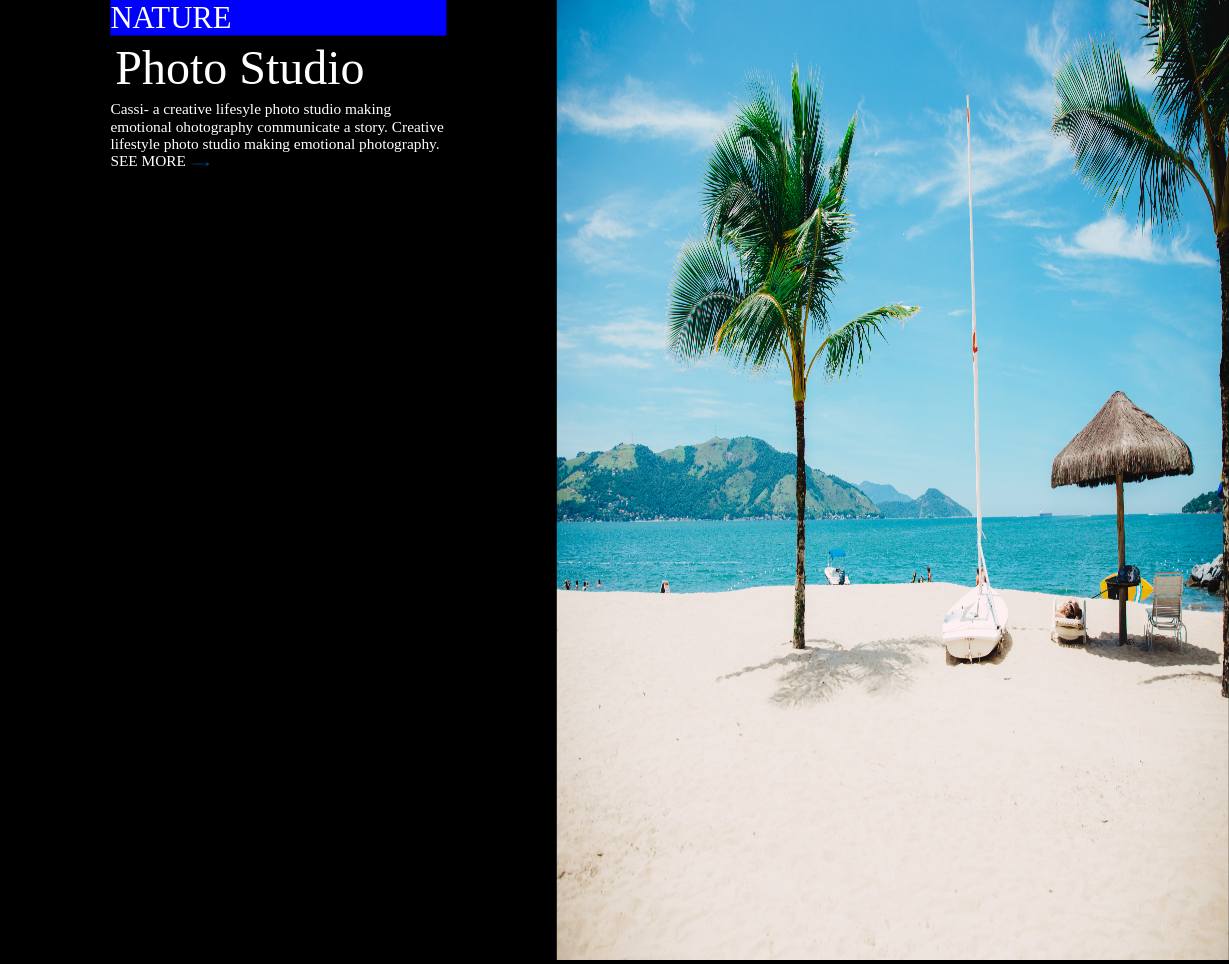
Repository: BRAspeaks/petty-project1
Page: petty project 1.html
These files come from the project's save history. The page is drawn as it stood at one moment and after the next save; the edit follows.
The browser window is 1280 px wide. The pictures show the whole page, at 96% of full size.

Above is the page before, as saved 2022-07-25 15:15:52.

### petty project 1.html
<!DOCTYPE html>
<html lang="en">
    <head>
        <meta charset="UTF-8">
        <meta http-equiv="X-UA-Compatible" content="IE=edge">
        <meta name="viewport" content="width=device-width, initial-scale=1.0">
        <title> Photo Studio</title>
        <link rel="stylesheet" href="pettyproject1.css">
    </head>
    <body>
        <div class="main">
            <p class="Nature"> NATURE</p>
            <p class="photo">Photo Studio</p>
            <p class="bodice">Cassi- a creative lifesyle photo studio making emotional ohotography communicate a story. Creative lifestyle photo studio making emotional photography.</p>
            <p class="more">SEE MORE </p>
            <img src="bluearrow.png" class="arrow">
        </div>
        <div class="image">
            <img src="beach.jpg" class="beach" >
        </div>
    </body>
</html>

### pettyproject1.css
* {
    margin: 0;
    padding: 0;
    box-sizing: border-box;
}
body{
    background-color: black;
    color: white;
    display: grid;
    grid-template-columns: 1fr 1fr;
    justify-items: center;
    justify-content: space-between;
}
.main{
    text-align: left;
    width: 350px;
    /* margin-top: 50%;
    margin-bottom: 50%; */
    margin-left: 5%;
    margin-right: 5%;
}
.Nature{
    background-color: blue;
    /* width:70px; */
    font-size: 2rem;
}
.photo{
    font-size: 50px;
    margin: 5px;
}
.arrow{
    width:20px;
}
.more, .arrow {
    display: inline-block
}
.main, .image{
    /* display:inline-block; */
}
.image{
    /* text-align: right;    */
}
.beach{
    width: 700px;
    height: 1000px;
    /* margin-bottom: -500px; */
}

After the next save:
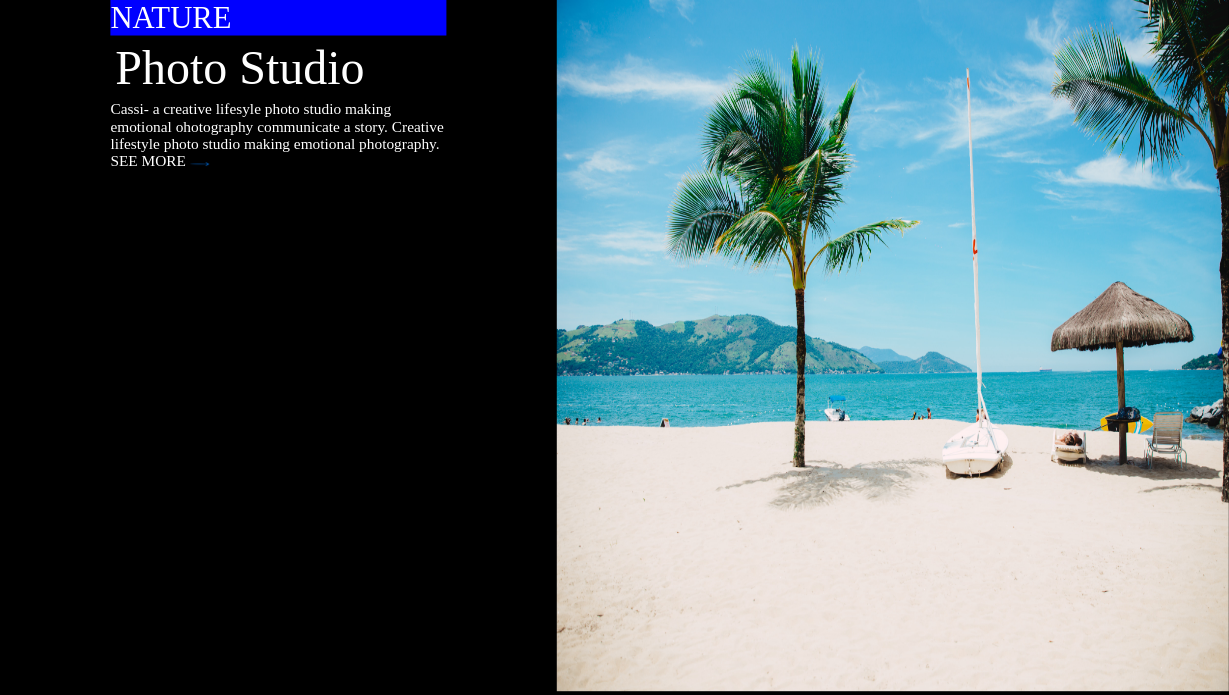
Saved 27 s later.
--- a/pettyproject1.css
+++ b/pettyproject1.css
@@ -42,6 +42,6 @@ body{
 }
 .beach{
     width: 700px;
-    height: 1000px;
+    height: 100vh;
     /* margin-bottom: -500px; */
 }
